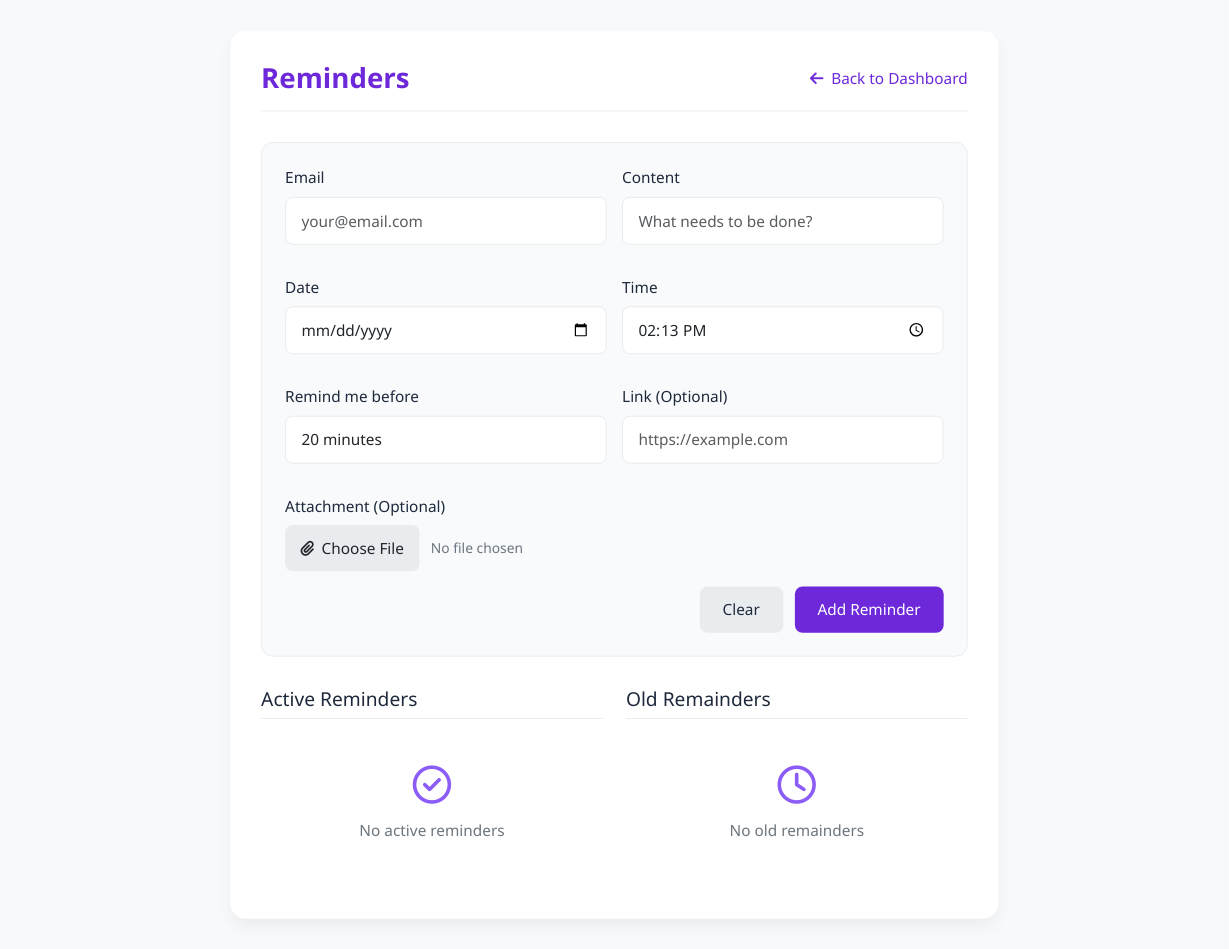
Repository: krishgobi/MedicoApp
Page: templates/remainders.html
These files come from the project's save history. The page is drawn as it stood at one moment and after the next save; the edit follows.
The browser window is 1280 px wide. The pictures show the whole page, at 96% of full size.
The page is served by the project's application, run on Flask 3 (chatbot_gemini_backend.py). The template is opened directly, without the code that normally fills it, so the values that code supplies are empty.

Above is the page before, as saved 2025-06-24 15:38:22.

After the next save:
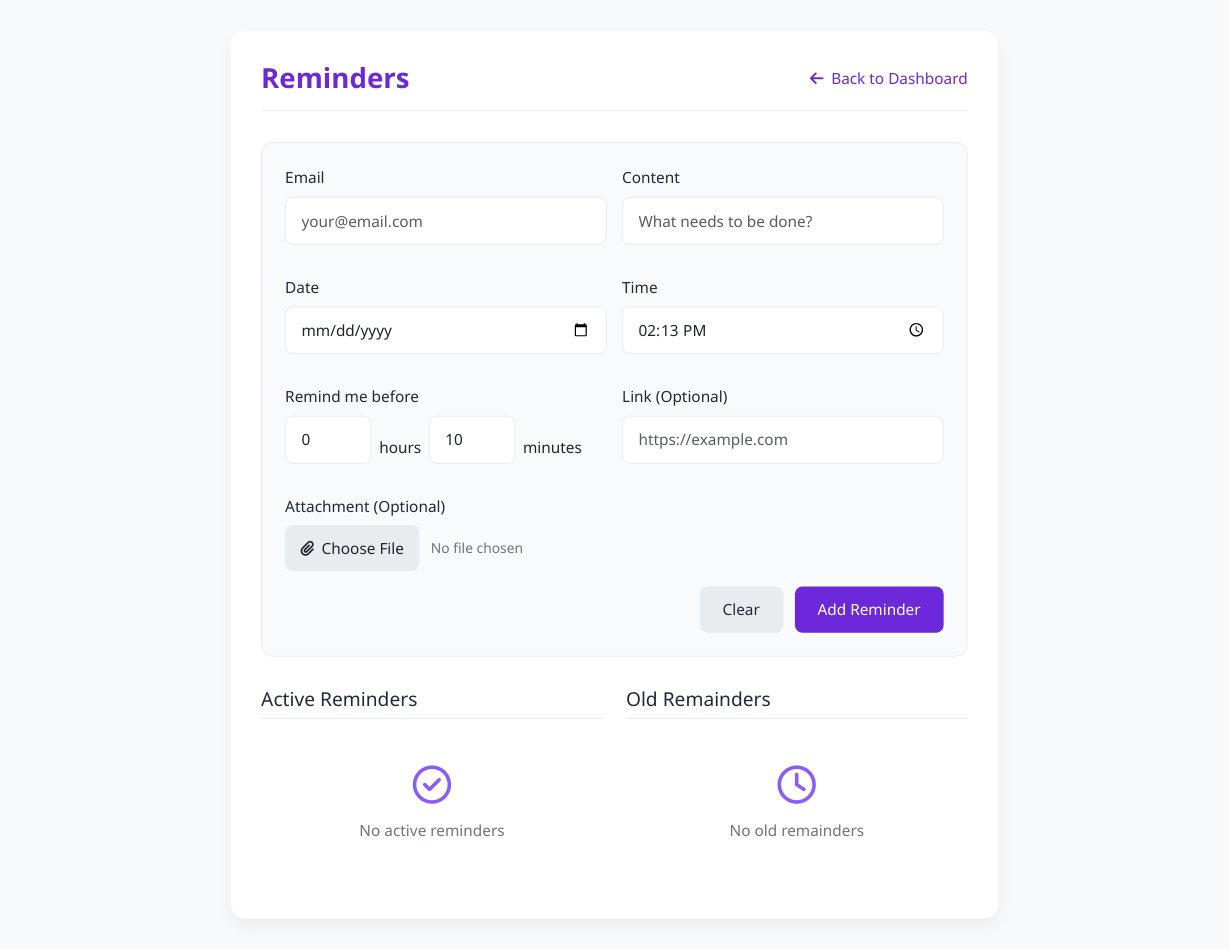
Saved 3 min 5 s later.
--- a/templates/remainders.html
+++ b/templates/remainders.html
@@ -374,15 +374,13 @@
                 <div class="form-row">
                     <div class="form-col">
                         <label class="form-label">Remind me before</label>
-                        <select name="reminder_offset" class="form-control" id="reminder-offset-select" onchange="toggleCustomOffset()">
-                            <option value="20">20 minutes</option>
-                            <option value="10">10 minutes</option>
-                            <option value="custom">Custom...</option>
-                        </select>
+                        <div class="d-flex align-items-center gap-2">
+                            <input type="number" min="0" max="23" step="1" name="reminder_hours" class="form-control" style="max-width:90px;" placeholder="0" value="0"> <span>hours</span>
+                            <input type="number" min="1" max="59" step="1" name="reminder_minutes" class="form-control" style="max-width:90px;" placeholder="10" value="10"> <span>minutes</span>
+                        </div>
                         <div id="custom-offset-container" style="display:none; margin-top:0.5rem;">
                             <label class="form-label">Custom Offset (minutes before)</label>
                             <input type="number" min="1" max="1440" step="1" name="custom_reminder_offset" class="form-control" placeholder="Enter minutes (e.g. 30, 60, 120)" />
-                            <!-- Analog clock UI placeholder: for production, use a JS clock widget here -->
                         </div>
                     </div>
                     <div class="form-col">
